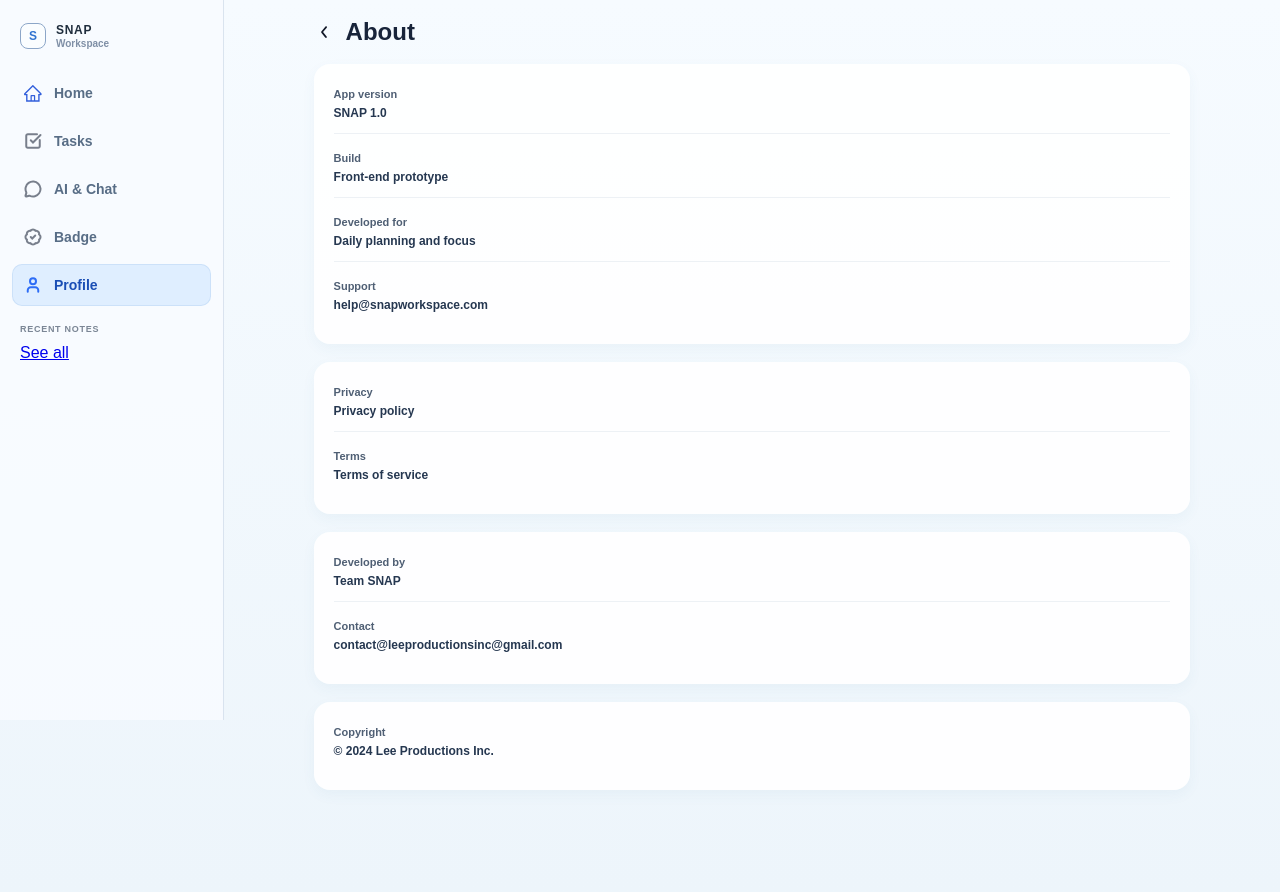
Repository: Lee-Productions-Inc/SNAP_productions
Page: pages/dashboard/profile/settings/about.html
An editor plug-in stored every save of this project. The page is shown before and after the next save, followed by the edit.
The browser window is 1280 px wide. The pictures show the whole page.

Above is the page before, as saved 2026-09-25 13:52:20.

### pages/dashboard/profile/settings/about.html
<!DOCTYPE html>
<html lang="en">
    <head>
        <meta charset="UTF-8">
        <meta name="viewport" content="width=device-width, initial-scale=1.0">
        <title>About | SNAP</title>
        <link rel="stylesheet" href="../../../../designs/dashboard.css">
        <link rel="stylesheet" href="../../../../designs/settings/about.css">
    </head>
    <body>
        <div class="dashboard-shell profile-page">
            <aside class="sidebar" aria-label="Main navigation">
                <a class="brand" href="../../dashboard.html" aria-label="SNAP home">
                    <span class="brand-mark">S</span>
                    <span>
                        <strong>SNAP</strong>
                        <small>Workspace</small>
                    </span>
                </a>
                <nav class="primary-nav">
                    <a class="nav-item" href="../../dashboard.html">
                        <img class="nav-icon" src="../../../../assets/main icons/Vector.svg" alt="">Home
                    </a>
                    <a class="nav-item" href="../../tasks.html">
                        <img class="nav-icon" src="../../../../assets/main icons/check-square.svg" alt="">Tasks
                    </a>
                    <a class="nav-item" href="../../ai and chat/ai_and_chat.html">
                        <img class="nav-icon" src="../../../../assets/main icons/message-circle.svg" alt="">AI &amp; Chat
                    </a>
                    <a class="nav-item" href="../../badges.html">
                        <img class="nav-icon" src="../../../../assets/main icons/badge-check.svg" alt="">Badge
                    </a>
                    <a class="nav-item active" href="../profile.html">
                        <img class="nav-icon-active" src="../../../../assets/main icons/user.svg" alt="">Profile
                    </a>
                </nav>
                <div class="recent-notes">
                    <div class="recent-heading">
                        <h2>Recent Notes</h2>
                        <a href="../../dashboard.html">See all</a>
                    </div>
                    <div class="empty-recent" aria-hidden="true"></div>
                </div>
            </aside>

            <main class="dashboard-main profile-main settings-main">
                <div class="settings-header">
                    <a class="back-link" href="../profile.html" aria-label="Back to profile">
                        <img class="back-icon" src="../../../../assets/eva_arrow-ios-back-outline.svg" alt="Back icon">
                    </a>
                    <h1>About</h1>
                </div>

                <section class="settings-panel" aria-label="About page panel">
                    <div class="settings-card info-card">
                        <div class="info-item">
                            <span class="field-label">App version</span>
                            <strong>SNAP 1.0</strong>
                        </div>
                        <div class="info-item">
                            <span class="field-label">Build</span>
                            <strong>Front-end prototype</strong>
                        </div>
                        <div class="info-item">
                            <span class="field-label">Developed for</span>
                            <strong>Daily planning and focus</strong>
                        </div>
                        <div class="info-item">
                            <span class="field-label">Support</span>
                            <a href="#">help@snapworkspace.com</a>
                        </div>
                    </div>

                    <div class="settings-card info-card compact-card">
                        <div class="info-item">
                            <span class="field-label">Privacy</span>
                            <a href="#">Privacy policy</a>
                        </div>
                        <div class="info-item">
                            <span class="field-label">Terms</span>
                            <a href="#">Terms of service</a>
                        </div>
                    </div>

                    <div class="settings-card info-card compact-card">
                        <div class="info-item">
                            <span class="field-label">Developed by</span>
                            <strong>Team SNAP</strong>
                        </div>
                        <div class="info-item">
                            <span class="field-label">Contact</span>
                            <a href="mailto:contact@leeproductionsinc@gmail.com">contact@leeproductionsinc@gmail.com</a>
                        </div>
                    </div>

                    <div class="settings-card info-card compact-card">
                        <div class="info-item">
                            <span class="field-label">Copyright</span>
                            <strong>© 2024 Lee Productions Inc.</strong>
                        </div>
                    </div>

                    <div class="">
                        <div class="info-item"
                </section>
            </main>
        </div>
    </body>
</html>

### designs/dashboard.css
:root {
    --shell-bg: #edf5fb;
    --sidebar-bg: rgba(249, 252, 255, 0.8);
    --sidebar-border: rgba(138, 167, 198, 0.28);
    --panel-bg: rgba(255, 255, 255, 0.45);
    --panel-border: rgba(143, 182, 219, 0.25);
    --active-bg: #dfeeff;
    --active-text: #1a4eb5;
    --muted: #75859b;
    --text: #1f2d3d;
    --sidebar-width: 224px;
    --appbar-height: 66px;
    --radius: 16px;
    --space-sm: 10px;
    --space-md: 16px;
    --space-lg: 20px;
    font-family: Arial, sans-serif;
    color: var(--text);
    background: var(--shell-bg);
}

* {
    box-sizing: border-box;
}

html, body {
    min-width: 320px;
    min-height: 100vh;
    margin: 0;
    background: var(--shell-bg);
    color: var(--text);
    font-family: Arial, sans-serif;
}

button,
a,
input {
    font: inherit;
}

button,
a {
    -webkit-tap-highlight-color: transparent;
}

img {
    display: block;
}

.dashboard-shell {
    display: flex;
    min-height: 100vh;
    background: linear-gradient(180deg, #f6fbff 0%, #edf5fb 100%);
}

.dashboard-content {
    display: flex;
    flex: 1 1 auto;
    width: 100%;
    min-height: 100vh;
}

.sidebar {
    position: sticky;
    top: 0;
    display: flex;
    flex: 0 0 var(--sidebar-width);
    flex-direction: column;
    height: 100vh;
    padding: 14px 12px 18px;
    border-right: 1px solid var(--sidebar-border);
    background: var(--sidebar-bg);
}

.brand {
    display: flex;
    align-items: center;
    gap: 10px;
    min-height: 36px;
    margin: 4px 8px 18px;
    color: var(--text);
    text-decoration: none;
}

.brand-mark {
    display: grid;
    width: 26px;
    height: 26px;
    place-items: center;
    border: 1px solid #8ca6c8;
    border-radius: 8px;
    background: rgba(255,255,255,0.24);
    color: #3173d0;
    font-size: 12px;
    font-weight: 800;
}

.brand strong,
.brand small {
    display: block;
}

.brand strong {
    font-size: 12px;
    font-weight: 800;
    letter-spacing: 0.06em;
    text-transform: uppercase;
}

.brand small {
    margin-top: 1px;
    color: #7f8fa6;
    font-size: 10px;
    font-weight: 600;
}

.primary-nav {
    display: grid;
    gap: 6px;
}

.nav-item {
    display: flex;
    align-items: center;
    gap: 12px;
    min-height: 42px;
    padding: 0 12px;
    border-radius: 10px;
    color: #586d86;
    font-size: 14px;
    font-weight: 700;
    text-decoration: none;
    transition: background 150ms ease, color 150ms ease, transform 150ms ease;
}

.nav-item:hover {
    color: var(--active-text);
    background: rgba(223, 238, 255, 0.75);
}

.nav-item.active {
    color: var(--active-text);
    background: var(--active-bg);
    box-shadow: inset 0 0 0 1px rgba(125, 171, 223, 0.2);
}

.nav-icon {
    width: 18px;
    height: 18px;
    flex: 0 0 18px;
    opacity: 0.9;
    object-fit: contain;
}

.nav-icon-active {
    filter: brightness(0) saturate(100%) invert(32%) sepia(82%) saturate(1459%) hue-rotate(205deg) brightness(97%) contrast(99%);
}

.recent-notes {
    margin-top: 18px;
    padding: 0 8px;
}

.recent-notes h2 {
    margin: 0 0 10px;
    color: #7b8695;
    font-size: 9px;
    font-weight: 800;
    letter-spacing: 0.08em;
    text-transform: uppercase;
}

.dashboard-main {
    flex: 1 1 auto;
    min-width: 0;
    padding: 10px 18px 32px;
}

.dashboard-header {
    position: sticky;
    top: 0;
    z-index: 20;
    display: flex;
    align-items: center;
    justify-content: space-between;
    gap: 14px;
    width: 100%;
    min-height: var(--appbar-height);
    margin: 0 0 18px;
    padding: 12px 18px;
    border: 1px solid var(--panel-border);
    border-radius: 18px;
    background: rgba(255, 255, 255, 0.42);
    backdrop-filter: blur(8px);
    box-shadow: inset 0 1px 0 rgba(255,255,255,0.6);
}

.search-box {
    display: flex;
    align-items: center;
    width: min(100%, 460px);
    min-height: 42px;
    padding: 0 14px;
    border: 1px solid #dfe7f0;
    border-radius: 17px;
    background: rgba(246, 250, 254, 0.9);
    color: #9aa7b6;
}

.search-box span {
    margin-right: 10px;
    color: #7b8aa0;
    font-size: 18px;
    line-height: 1;
}

.search-box input {
    width: 100%;
    min-height: 0;
    border: 0;
    outline: 0;
    background: transparent;
    color: var(--text);
    font-size: 14px;
}

.search-box input::placeholder {
    color: #97a5b7;
}

.header-actions {
    display: flex;
    align-items: center;
    gap: 10px;
    margin-left: auto;
}

.text-action {
    display: inline-flex;
    align-items: center;
    justify-content: center;
    gap: 8px;
    min-height: 34px;
    padding: 0 14px;
    border: 1px solid #dfe7f0;
    border-radius: 14px;
    background: rgba(255,255,255,0.26);
    color: #4d5d73;
    font-size: 13px;
    font-weight: 700;
    text-decoration: none;
}

.text-action:hover {
    color: var(--active-text);
}

.new-note {
    min-height: 38px;
    border: 0;
    border-radius: 12px;
    background: #17243a;
    color: #fff;
    box-shadow: 0 8px 18px rgba(23, 36, 58, 0.15);
}

.selected-action {
    background: #dfeeff;
    border-color: rgba(141, 170, 206, 0.42);
    color: #2e4d79;
}

.folder-action {
    background: rgba(255,255,255,0.7);
}

.text-action-icon {
    width: 14px;
    height: 14px;
    object-fit: contain;
}

.profile-placeholder {
    width: 30px;
    height: 30px;
    padding: 0;
    border: 2px solid rgba(255,255,255,0.9);
    border-radius: 50%;
    background: linear-gradient(145deg, #f6d5df 0%, #d0e7ff 100%);
    box-shadow: 0 4px 12px rgba(82, 112, 143, 0.18);
    cursor: pointer;
}

.status-grid {
    display: grid;
    grid-template-columns: repeat(3, minmax(0, 1fr));
    gap: 18px;
    margin-top: 12px;
}

.status-card {
    position: relative;
    display: block;
    min-height: 128px;
    padding: 18px 18px 16px 18px;
    border: 0;
    border-radius: 18px;
    box-shadow: 0 8px 18px rgba(72, 104, 138, 0.06);
}

.today-card {
    background: #a5d4fa;
}

.progress-card {
    background: #f5e8b8;
}

.completed-card {
    background: #bfefcf;
}

.status-icon {
    position: absolute;
    left: 18px;
    top: 18px;
    display: grid;
    width: 42px;
    height: 42px;
    place-items: center;
    border-radius: 11px;
    background: rgba(255,255,255,0.42);
    flex-shrink: 0;
}

.status-icon-image {
    width: 22px;
    height: 22px;
    object-fit: contain;
}

.today-icon {
    filter: brightness(0) saturate(100%) invert(36%) sepia(96%) saturate(1800%) hue-rotate(205deg) brightness(97%) contrast(97%);
}

.status-info {
    position: relative;
    display: flex;
    flex-direction: column;
    align-items: flex-start;
    justify-content: flex-start;
    min-width: 0;
    height: 100%;
    padding-left: 0;
    padding-top: 70px;
}

.status-label {
    position: absolute;
    top: 14px;
    right: 14px;
    color: #647183;
    font-size: 13px;
    font-weight: 700;
    letter-spacing: 0.01em;
}

.status-count {
    display: block;
    margin: 0;
    color: #1f2d3f;
    font-size: 30px;
    font-weight: 800;
    line-height: 1;
}

.status-info small {
    display: block;
    margin-top: 8px;
    color: #6e7f95;
    font-size: 13px;
    font-weight: 600;
}

.notes-section {
    margin-top: 24px;
}

.section-heading {
    display: flex;
    align-items: center;
    justify-content: space-between;
    gap: 12px;
    margin-top: 8px;
}

.section-heading h2 {
    margin: 0;
    color: #1e2a3a;
    font-size: 18px;
    font-weight: 800;
}

.edit-button {
    min-height: 34px;
    padding: 0 14px;
    border: 1px solid #dfe7f0;
    border-radius: 14px;
    background: rgba(255,255,255,0.3);
    color: #5d7089;
    font-size: 13px;
    font-weight: 700;
    cursor: pointer;
}

.notes-grid {
    display: grid;
    grid-template-columns: repeat(3, minmax(0, 1fr));
    gap: 18px;
    margin-top: 16px;
}

.note-placeholder {
    width: 100%;
    aspect-ratio: 1.90;
    min-height: 150px;
    border: 1px solid #e5ebf1;
    border-radius: 16px;
    background: rgba(255, 255, 255, 0.7);
    box-shadow: 0 8px 14px rgba(88, 118, 151, 0.06);
    cursor: pointer;
}

.note-placeholder:hover,
.note-placeholder:focus-visible {
    border-color: #73aeeb;
    background: #fff;
    outline: none;
}

@media (max-width: 900px) {
    .sidebar {
        flex-basis: 190px;
    }

    .nav-item {
        font-size: 13px;
    }

    .notes-grid {
        grid-template-columns: repeat(2, minmax(0, 1fr));
    }
}

@media (max-width: 680px) {
    .dashboard-shell {
        display: block;
    }

    .dashboard-content {
        display: block;
    }

    .sidebar {
        position: relative;
        z-index: 1;
        width: 100%;
        height: auto;
        min-height: auto;
        padding: 12px 10px 8px;
        border-right: none;
        border-bottom: 1px solid var(--sidebar-border);
    }

    .brand {
        margin: 0 4px 12px;
    }

    .primary-nav {
        display: flex;
        gap: 6px;
        overflow-x: auto;
        padding-bottom: 4px;
    }

    .nav-item {
        flex: 0 0 auto;
        gap: 8px;
        min-height: 34px;
        padding: 0 11px;
        font-size: 13px;
    }

    .nav-icon {
        width: 16px;
        height: 16px;
    }

    .recent-notes {
        display: none;
    }

    .dashboard-main {
        padding: 12px 12px 42px;
    }

    .dashboard-header {
        align-items: center;
        flex-wrap: wrap;
        min-height: auto;
        padding: 10px 12px;
    }

    .search-box {
        width: 100%;
        min-height: 38px;
    }

    .header-actions {
        width: 100%;
        justify-content: flex-start;
        flex-wrap: wrap;
        gap: 8px;
    }

    .status-grid {
        grid-template-columns: 1fr;
        gap: 10px;
    }

    .status-card {
        min-height: 92px;
    }

    .notes-grid {
        gap: 10px;
    }

    .note-placeholder {
        min-height: 130px;
    }
}

### designs/settings/about.css
.settings-main {
    padding: 18px clamp(28px, 7vw, 90px) 32px;
}

.settings-header {
    display: flex;
    flex-wrap: wrap;
    align-items: center;
    gap: 12px;
    margin-bottom: 18px;
}

.back-link {
    color: #2d4564;
    font-size: 13px;
    font-weight: 700;
    text-decoration: none;
}

.back-link:hover,
.back-link:focus-visible {
    color: #1d4fc1;
}

.settings-header h1 {
    margin: 0;
    color: #18243a;
    font-size: clamp(24px, 1.8vw, 32px);
}

.settings-panel {
    display: grid;
    gap: 18px;
}

.settings-card {
    display: grid;
    gap: 12px;
    padding: 18px 20px;
    border-radius: 16px;
    background: rgba(255, 255, 255, 0.92);
    box-shadow: 0 5px 14px rgba(67, 119, 158, 0.05);
}

.info-item {
    display: flex;
    flex-direction: column;
    gap: 6px;
    min-height: 52px;
    padding: 6px 0;
    border-bottom: 1px solid #edf1f5;
}

.info-item:last-child {
    border-bottom: 0;
}

.info-item .field-label {
    color: #4f5f74;
    font-size: 11px;
    font-weight: 700;
}

.info-item strong,
.info-item a {
    color: #253750;
    font-size: 12px;
    font-weight: 700;
    text-decoration: none;
}

.info-item a:hover,
.info-item a:focus-visible {
    color: #1d4fc1;
}

@media (max-width: 900px) {
    .settings-main {
        padding: 20px 18px 32px;
    }
}

After the next save:
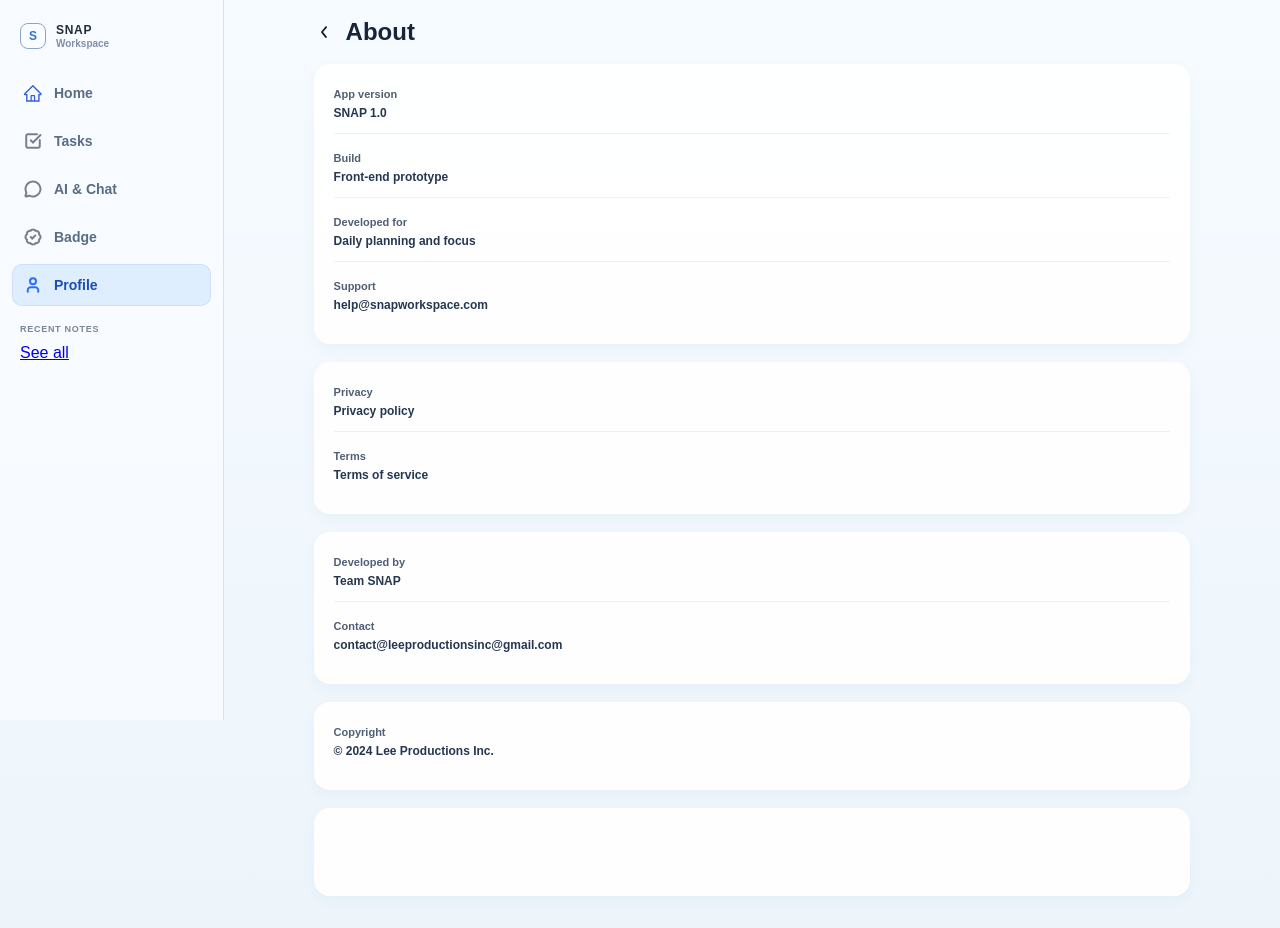
Saved 5 s later.
--- a/pages/dashboard/profile/settings/about.html
+++ b/pages/dashboard/profile/settings/about.html
@@ -100,7 +100,7 @@
                         </div>
                     </div>
 
-                    <div class="">
+                    <div class="settings-card info-card compact-card">
                         <div class="info-item"
                 </section>
             </main>
